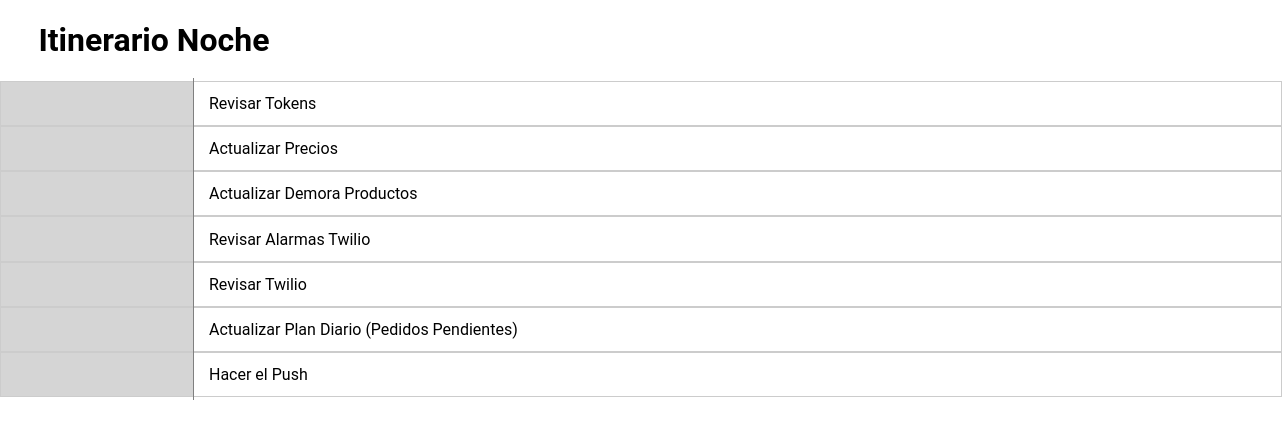
Repository: aCoupon0/intranet
Page: 1/iti-noche.html
The author's editor kept a copy of each file at every save. The page is drawn from the files as they stood at one save, then again after the next save.
The browser window is 1280 px wide. The page is 1282 px wide, so the pictures cover 1282 px, including what lies to the right of the window. The pictures show the whole page.

Above is the page before, as saved 2024-12-11 11:30:21.

After the next save:
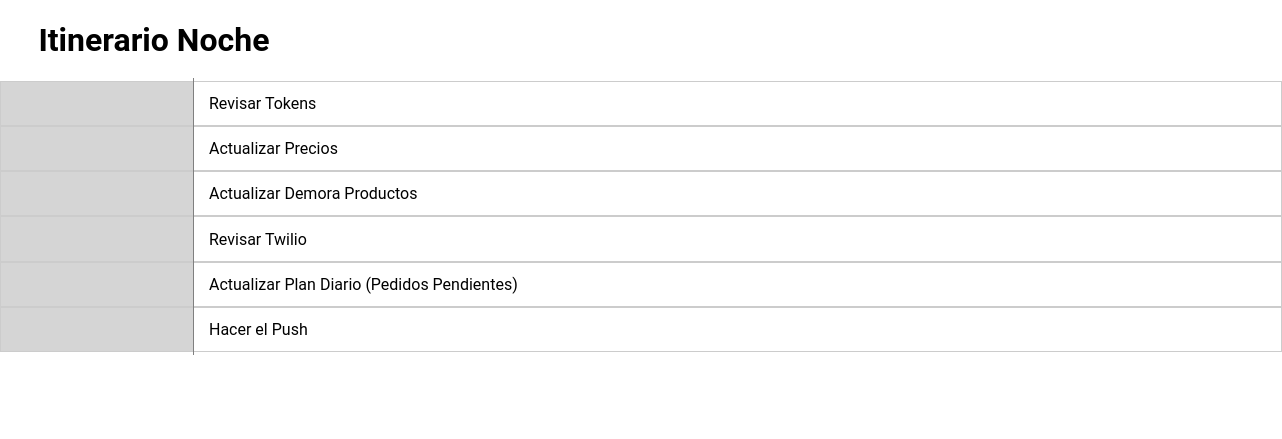
Saved 24 s later.
--- a/1/iti-noche.html
+++ b/1/iti-noche.html
@@ -27,12 +27,7 @@
             <p>Actualizar Demora Productos</p>
         </div>
     </div>
-    <div class="container">
-        <div class="checkbox" onclick="toggleCheckbox(this)"></div>
-        <div class="text-container">
-            <p>Revisar Alarmas Twilio</p>
-        </div>
-    </div>
+
     <div class="container">
         <div class="checkbox" onclick="toggleCheckbox(this)"></div>
         <div class="text-container">
